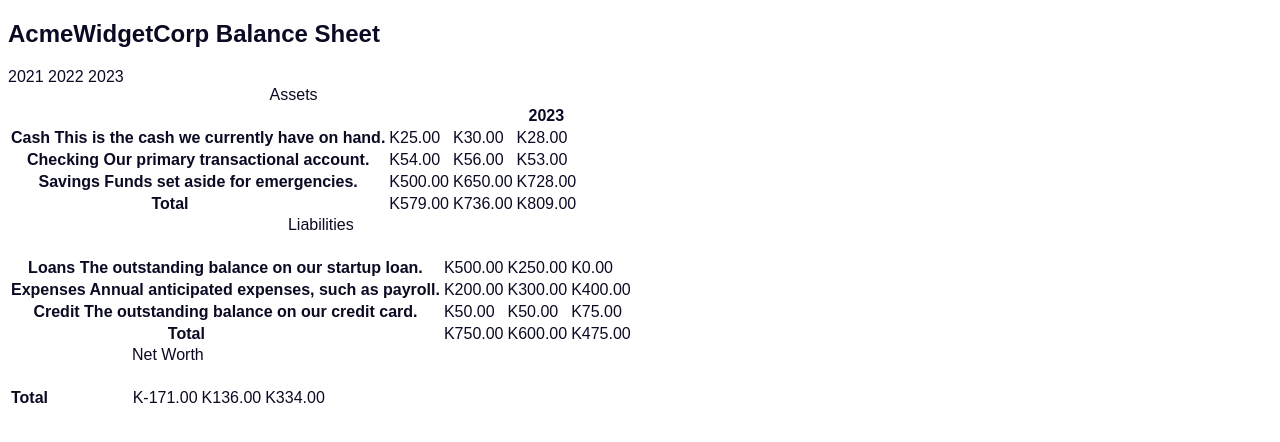
Repository: Lungdjos/balance_shee
Page: index.html
These files come from the project's save history. The page is drawn as it stood at one moment and after a run of saves; the edit follows.
The browser window is 1280 px wide. The pictures show the whole page.

Above is the page before, as saved 2023-10-31 17:28:17.

After the next 3 saves:
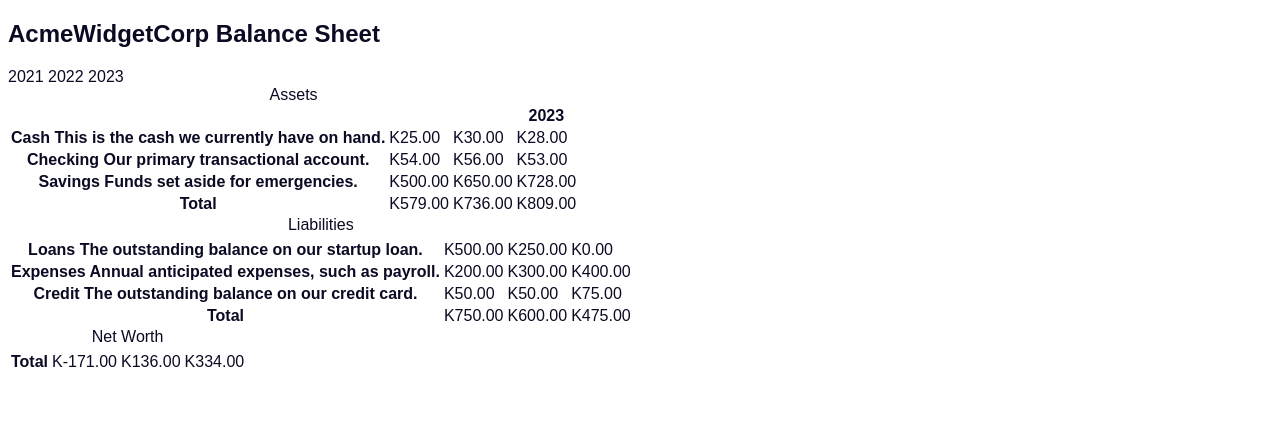
The 3 saves are shown as one change because they came seconds apart.
The last was saved 10 s later.
--- a/styles.css
+++ b/styles.css
@@ -15,5 +15,6 @@ span[class~="sr-only"] {
     height: 1px;
     overflow: hidden;
     white-space: nowrap;
-    position: inherit;
+    position: absolute;
+    padding: 0;
 }
